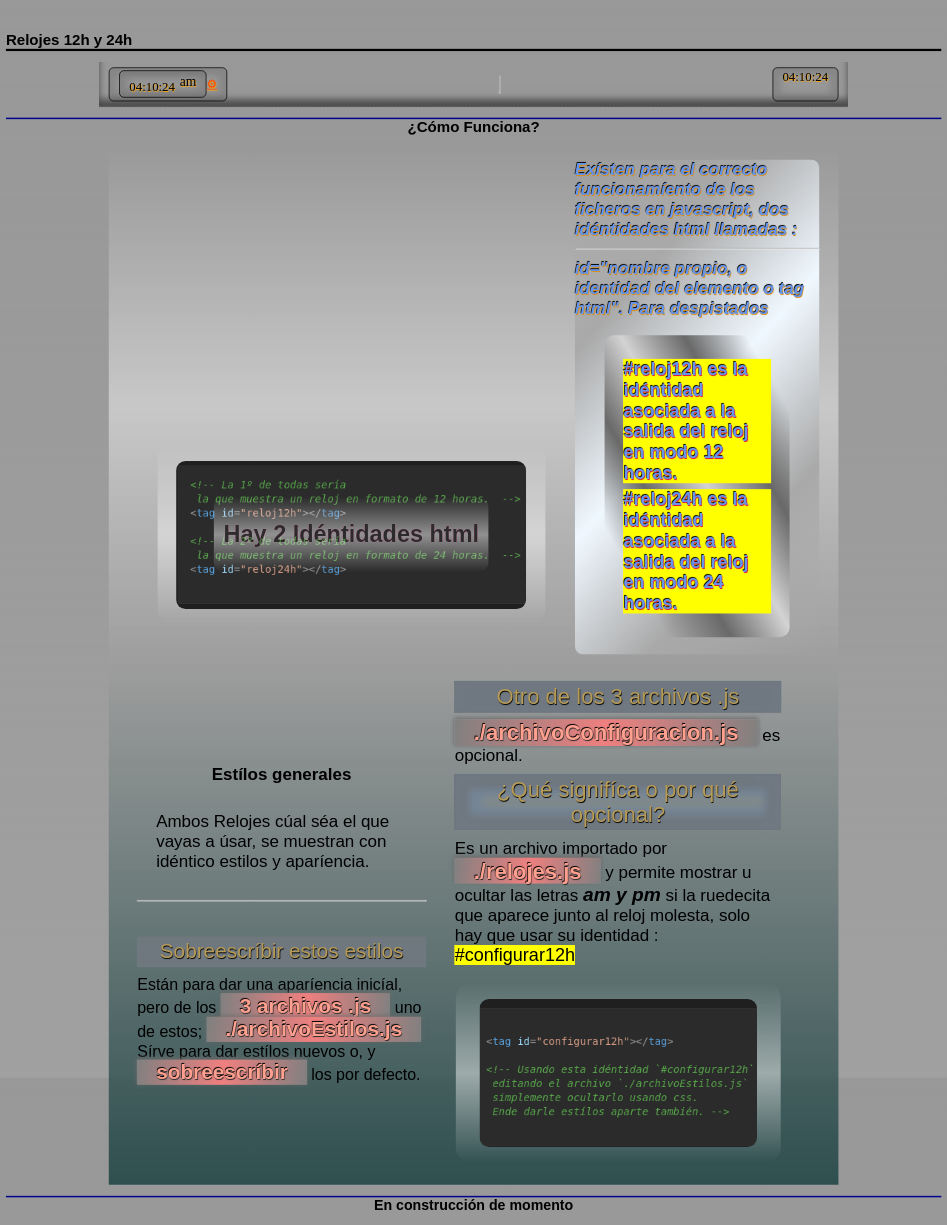
Repository: marcostonfor/clocks
Page: index.html
An editor plug-in stored every save of this project. The page is shown before and after a run of saves, followed by the edit.
The browser window is 1280 px wide. The pictures show the whole page, at 74% of full size.
Some web fonts or font styles are not loaded; a fallback is used.

Above is the page before, as saved 2024-09-19 04:28:58.

### index.html
<!DOCTYPE html>
<html lang="ca-ES, en-US">

<head>
    <meta charset="utf-8">
    <meta name="viewport" content="width=device-width, initial-scale=1">
    <title>relojes</title>
    <style>
        @import url('https://fonts.cdnfonts.com/css/nahista');
        @import url('https://fonts.cdnfonts.com/css/i-ichimaru');
        * {
            box-sizing: border-box;
            font-size: calc(1em * 1.062);
        }

        :root {
           --font-size-standard: calc(1em * 1.30);
        }

        body {
            background-image: repeating-linear-gradient(0deg, hsla(0, 0%, 41%, 0.63) 12%, hsla(0, 0%, 0%, 0.404));
            /* font-family: 'i Ichimaru', sans-serif; */
            font-family: 'Nahista', sans-serif;
        }

        h1 {
            margin-top: 6vh;
            border-bottom: 0.3vw solid black;
        }

        #dosRelojes {
            width: 80%;
            height: auto;
            margin: 2vh auto;
            padding: 1vh 1vw;
            display: flex;
            border-bottom: 0.1vw dashed gray;
            /* box-shadow: inset -0.2vh 0 06px hsl(41, 100%, 50%); */
            box-shadow: inset 0 -10px 10px rgba(0, 0, 0, 0.5);
        }

        summary::marker {
            content: none !important;
        }

        summary {
            cursor: pointer !important;
            color: orangered;
            text-decoration: underline;
            margin: 0.5vh auto;
            font-size: 12pt;
        }

        #caja12h {
            display: flex;
            align-items: center;
            justify-content: stretch;
        }

        .d {
            height: 12vh !important;
        }

        h2 {
            text-align: center;
            margin-top: 2vh;
            border-top: 0.2vw solid darkblue;
        }

        #identidades_principales {
            display: flex;
            justify-content: space-around;
            align-items: last baseline;
            padding: 2vh 2vw;
            width: 78%;
            margin: auto auto;
            background-image: repeating-linear-gradient(0deg, transparent, hsla(0, 0%, 96%, 0.5), transparent);
            border-radius: 0.755vw;
        }

        .conFoto figure {
            position: relative;
            display: flex;
            align-items: center;
            justify-content: center;
            background-image: repeating-linear-gradient(0deg, transparent, hsla(0, 0%, 96%, 0.5), transparent);
            padding: 3vh 2vw;
            border-radius: 1.6vw;
        }

        .conFoto figure img {
            border-radius: 1vw;
        }

        .conFoto figure figcaption {
            padding: 0vh 1vw;
            position: absolute;
            border-radius: 1vw;
            text-shadow: 0 0 1px hotpink;
            font-size: var(--font-size-standard);
            background-image: repeating-linear-gradient(0deg, transparent, hsla(0, 0%, 96%, 0.5), transparent);
            mix-blend-mode: screen;
        }

        .conFoto p {
            width: 85%;
            margin: 2vh auto;
        }

        .conTexto {
            width: fit-content;
            height: auto;
            color: cornflowerblue;
            font-weight: bold;
            text-shadow: 0.1vh 0.1vw 1px rgb(220, 140, 20), -0.1vh -0.1vw 1px hsl(0, 0%, 0%);
            background-image: repeating-linear-gradient(132deg, transparent, darkgray, aliceblue, darkgray, transparent);
            border-radius: 0.8vw;
        }

        .conTexto blockquote {
            padding: 2vw;
            border-radius: 1vw;
            background-image: linear-gradient(-120deg, transparent 12%, dimgray, lightgray, dimgray, transparent, transparent);
        }

        .conTexto blockquote mark {
            text-shadow: 0.1vh 0.1vw 1px rgb(220, 20, 60), -0.1vh -0.1vw 1px black;
            color: cornflowerblue !important;
            display: block;
            margin: 1vh auto;
        }

        #estilos_generales {
            width: 78%;
            margin: auto auto;
            padding: 1vh 3vw;
            display: flex;
            justify-content: space-around;
            align-items: center;
            background-image: repeating-linear-gradient(0deg, darkslategray, transparent);

        }

        #estilos_generales article h3 {
            text-align: center;
            width: fit-content;
            margin: 3vh auto;
        }

        #textoGeneral {
            padding: 2vh 2vw;
            width: fit-content;
            /* border: 0.2vw solid black; */
            overflow: hidden;
        }

        .hache3 {
            display: block !important;
            text-align: center;
            margin: 1.5vh auto;
            padding: 0.6vh 0vw;
            font-family: 'Nahista', sans-serif;
            font-weight: lighter;
            font-size: var(--font-size-standard);
            color: hsl(43, 39%, 53%);
            text-shadow: 0.1vh 0.1vw 1px black;
            box-shadow: inset 0 0 10px 21px hsla(0, 0%, 41%, 0.5), inset 1vh 0vw 10px 31px hsl(210, 14%, 53%);
        }

        .code_md {
            font-weight: bolder;
            font-size: var(--font-size-standard);
            background-image: repeating-linear-gradient(98deg, gray, hsl(0, 79%, 72%), gray);
            padding: 0.2vh 2vw;
            color: hsl(9, 100%, 78%);
            text-shadow: 0.1vh 0.1vw 1px hsl(0, 0%, 18%), -0.1vh -0.1vw 1px hsl(0, 0%, 0%);
            box-shadow: 0 -1.6px 6px dimgray;
            margin: 1vh auto !important;
        }
    </style>
</head>

<body>
    <header>
        <h1>Relojes 12h y 24h</h1>
        <aside id="dosRelojes">
            <div id="caja12h">
                <div id="reloj12h"></div>
            </div>
            <hr class="dividerY">
            <div id="reloj24h"></div>
        </aside>
        <nav></nav>
    </header>
    <main>
        <h2>¿Cómo Funciona?</h2>
        <section id="identidades_principales">
            <article class="conFoto">
                <figure>
                    <img src="./img/identidadesPrincipales.png" alt="foto de las id principales">
                    <figcaption>
                        <h3>Hay 2 Idéntidades html</h3>
                    </figcaption>
                </figure>
            </article>
            <article class="conTexto">
                <cite>Exísten para el correcto funcionamíento de los ficheros en javascript, dos idéntidades html
                    llamadas :</cite>
                <hr /><cite>id="nombre propio, o identidad del elemento o tag html". Para despistados</cite>
                <blockquote>
                    <mark>#reloj12h es la idéntidad asociada a la salida del reloj en modo 12 horas.</mark>

                    <mark>#reloj24h es la idéntidad asociada a la salida del reloj en modo 24 horas.</mark>
                </blockquote>
            </article>
        </section>
        <section id="estilos_generales">
            <article>
                <h3>Estílos generales</h3>
                <p id="textoGeneral">
                    Ambos Relojes cúal séa el que vayas a úsar, se muestran con idéntico estilos y aparíencia. <br>
                    <hr><br><strong class="hache3">Sobreescríbir estos estilos</strong>
                    Están para dar una aparíencia inicíal, <br> pero de los <span class="code_md">3 archivos .js</span>
                    uno de estos;

                    <span class="code_md">./archivoEstilos.js</span> Sírve para dar estílos nuevos o, y <span
                        class="code_md">sobreescríbir</span> los por defecto.
                </p>
            </article>
            <article class="conFoto">
                <p><strong class="hache3">Otro de los 3 archivos .js</strong>

                    <span class="code_md">./archivoConfiguracion.js</span> es opcional.

                    <strong class="hache3">¿Qué signifíca o por qué opcional?</strong>
                    Es un archivo importado por <span class="code_md">./relojes.js</span> y permite mostrar u ocultar las letras <em><strong>am y pm</strong></em>
                    si la ruedecita que aparece junto al reloj molesta, solo hay que usar su identidad : <mark>#configurar12h</mark>
                </p>
                <figure>
                    <img src="./img/fotoDetails12h.png" alt="foto de las id principales">
                    <figcaption>
                        <!-- <h3>Hay 2 Idéntidades html</h3> -->
                    </figcaption>
                </figure>

            </article>
        </section>
    </main>
    <h2>En construcción de momento</h2>
    <script type="module" src="./relojes.js"></script>
</body>

</html>

<!--<p>Este es un texto con un <span style="font-size: 125%;">texto 25% más grande</span> que el resto.</p>
-->

### relojes.js

import { estilosPersonales } from './archivoEstilos.js';
import { conf12h } from './archivoConfiguracion.js';
function laHora() {
	const Reloj = class {
		constructor(formato, salida) {
			this.ahora = new Date();
			this.reloj = {
				hora: this.ahora.getHours(),
				minuto: this.ahora.getMinutes(),
				segundo: this.ahora.getSeconds()
			};
			this._formato = formato;
			this._salida = salida;
		}

		get formato() {
			return this._formato;
		}

		get salida() {
			return this._salida;
		}

		set formato(horaActual) {
			this._formato = horaActual;
		}

		set salida(output) {
			this._salida = output;
		}

		anyadirCero(formatear) {
			return formatear <= 9 ? "0" + formatear : formatear;
		}

		_12h() {
			let horas = this.reloj.hora % 12;
			if (horas === 0) horas = 12;
			const amOpm = this.reloj.hora >= 12 ? "pm" : "am";
			this._formato = `${this.anyadirCero(horas)}:${this.anyadirCero(this.reloj.minuto)}:${this.anyadirCero(this.reloj.segundo)}<sup>${amOpm}</sup>`;
			return this._formato;
		}

		_24h() {
			this._formato = `${this.anyadirCero(this.reloj.hora)}:${this.anyadirCero(this.reloj.minuto)}:${this.anyadirCero(this.reloj.segundo)}`;
			return this._formato;
		}
	};

	const laSalida = () => {
		const salida = document.getElementById("reloj12h");
		const salida24h = document.getElementById("reloj24h");
		const doceHoras = new Reloj();
	//	salida.innerHTML = doceHoras._12h();
	//	salida24h.innerHTML = doceHoras._24h();

 // Verifica si existe el elemento #reloj12h
 if (salida) {
	salida.innerHTML = doceHoras._12h();
	conf12h(); // Llamada a la función conf12h() si el elemento existe
}

// Verifica si existe el elemento #reloj24h
if (salida24h) {
	salida24h.innerHTML = doceHoras._24h();
}


	function estiloscss(estilosPersonales) {

		const estils = document.createElement('STYLE');
		estils.textContent = `
* {
    box-sizing: border-box;
}

div {
    text-align: center;
    width: fit-content;
    border: 0.1vw solid black;
    font-size: 13pt;
    padding: 0.5vh 1vw;
    box-shadow: inset 0 0 10px 10px hsla(0, 0%, 41%, 0.397);
    font-family: 'Comic Sans MS';
    color: black;
    text-shadow: 0.1vh 0.1vw 1px orange;
    border-radius: 0.5vw;
}


sup {
    margin-left: 0.5vw !important;
}
	`;
		if (estilosPersonales) {
			estils.textContent += estilosPersonales;
		}


		document.head.appendChild(estils);
}

	// Llamada a la función con estilos adicionales
	estiloscss(estilosPersonales);


	};

// estiloscss();
return setInterval(laSalida, 1000);
}
laHora();

### archivoEstilos.js
export const estilosPersonales = `

    `;

### archivoConfiguracion.js
export function conf12h() {
    const config = document.createElement('DETAILS');
    const summary = document.createElement('SUMMARY');
    summary.innerHTML = `&#9881;`;
    config.appendChild(summary);

    // Verificar si el checkbox ya existe
    if (!document.getElementById('miCheckbox')) {
        const checkbox = document.createElement('input');
        checkbox.type = 'checkbox';
        checkbox.id = 'miCheckbox';
        checkbox.checked = true; // Mostrar <sup> por defecto

        const label = document.createElement('label');
        label.htmlFor = 'miCheckbox'; // Asegúrate de que coincida con el id del checkbox
        label.textContent = 'Ver "am" "pm"';

        // Crear un elemento <style> para manejar la visibilidad de <sup>
        let estils = document.getElementById('dynamicStyles');
        if (!estils) {
            estils = document.createElement('style');
            estils.id = 'dynamicStyles';
            document.head.appendChild(estils);
        }

        // Función para actualizar el estilo de <sup>
        const updateSupVisibility = () => {
            if (checkbox.checked) {
                estils.textContent = `
                    sup {
                        display: inline !important;
                    }
                `;
            } else {
                estils.textContent = `
                    sup {
                        display: none !important;
                    }
                `;
            }
        };

        // Inicializar el estilo de <sup>
        updateSupVisibility();

        // Agregar un evento al checkbox para alternar la visibilidad de <sup>
        checkbox.addEventListener('change', updateSupVisibility);

        const mostrarConfiguracion = document.getElementById('caja12h');
        // Agregar el checkbox y el label al cuerpo del documento
        label.appendChild(checkbox);
        config.appendChild(label);
        mostrarConfiguracion.appendChild(config);
    }
}

After the next 2 saves:
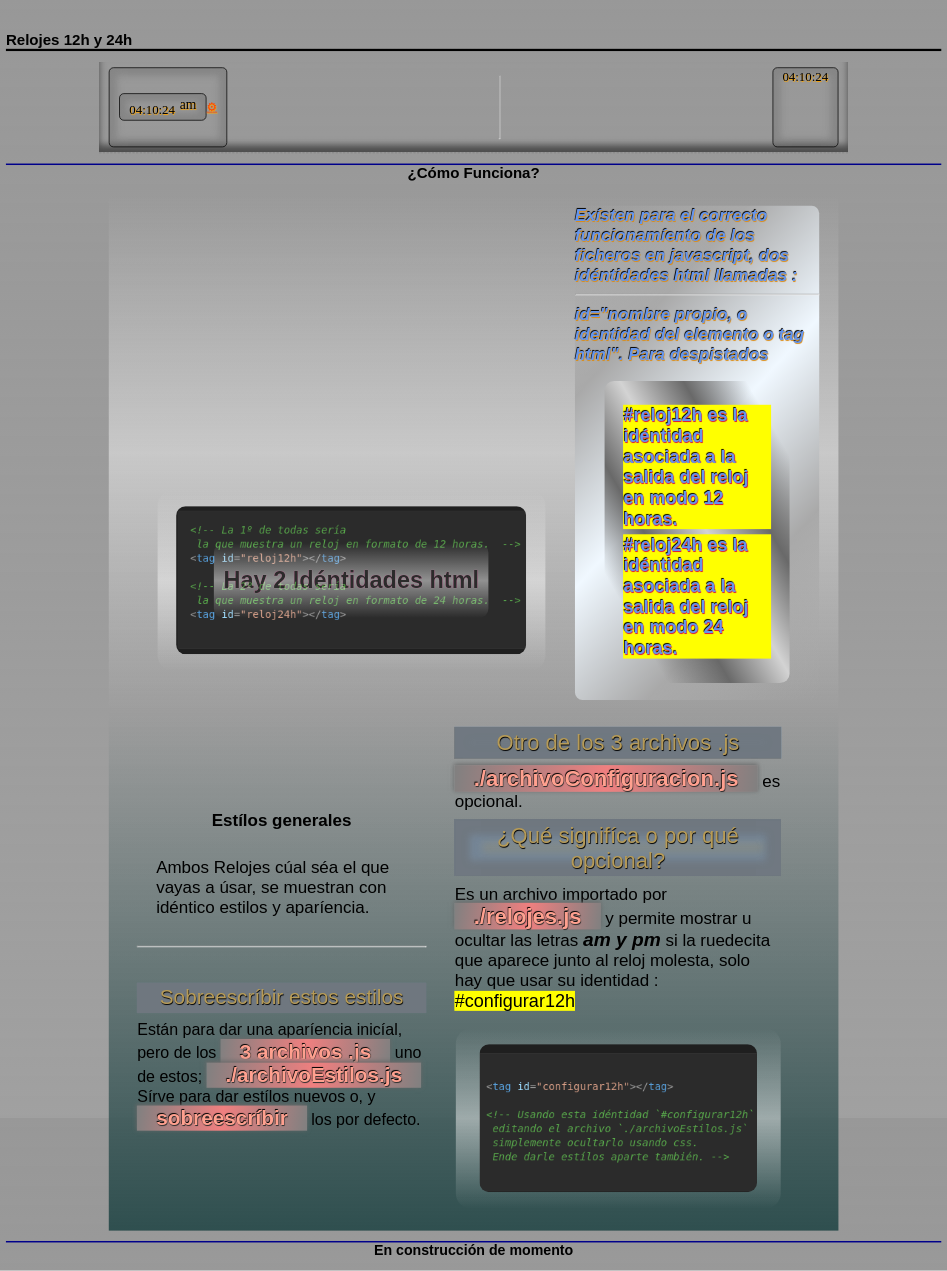
The 2 saves are shown as one change because they came seconds apart.
The last was saved 6 s later.
--- a/index.html
+++ b/index.html
@@ -57,7 +57,7 @@
             justify-content: stretch;
         }
 
-        .d {
+        .dividerY {
             height: 12vh !important;
         }
 
